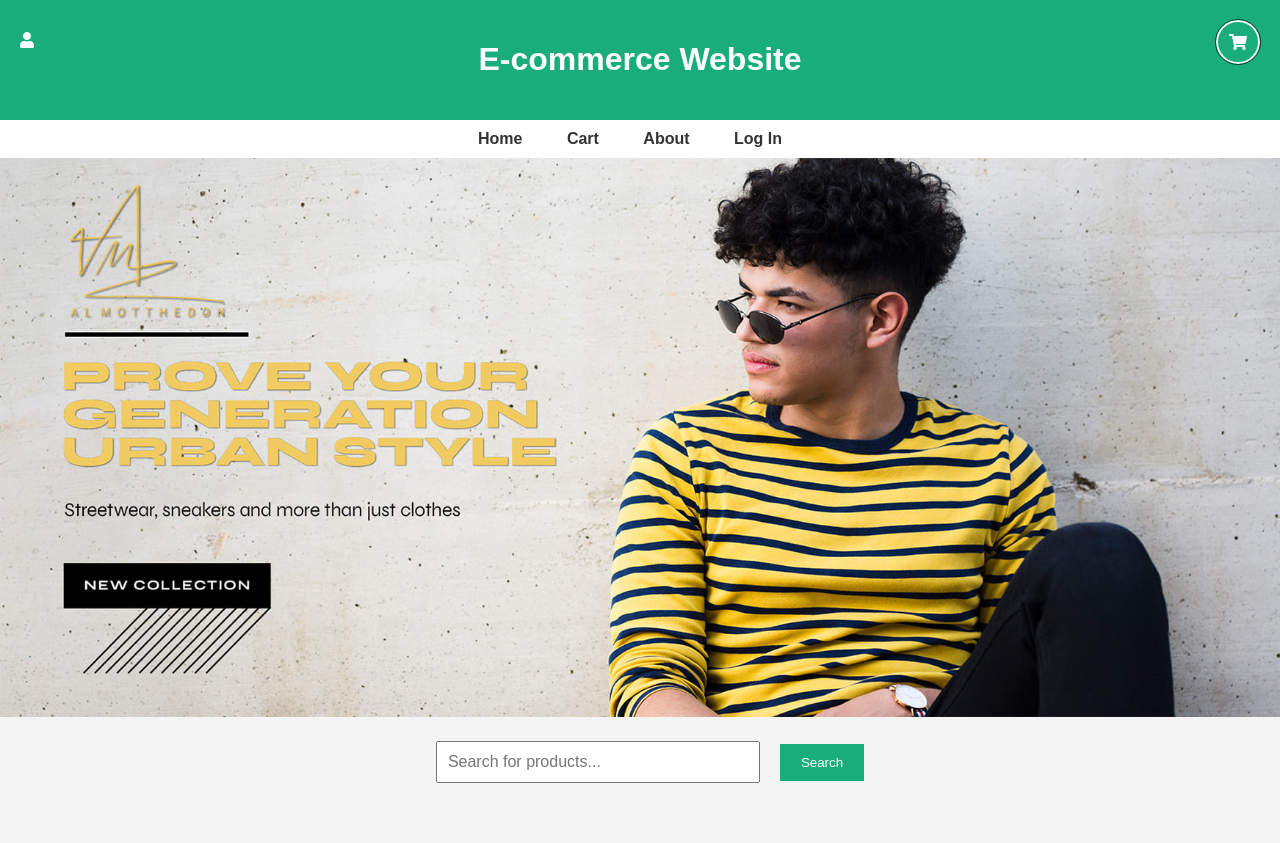
Repository: wissam333/OnlineStore
Page: products.html
The author's editor kept a copy of each file at every save. The page is drawn from the files as they stood at one save, then again after the next save.
The browser window is 1280 px wide. The pictures show the whole page.
The page's requests for data from a server got no answer.

Above is the page before, as saved 2024-08-08 18:27:24.
Console error: TypeError: Cannot read properties of null (reading 'addEventListener')

After the next save:
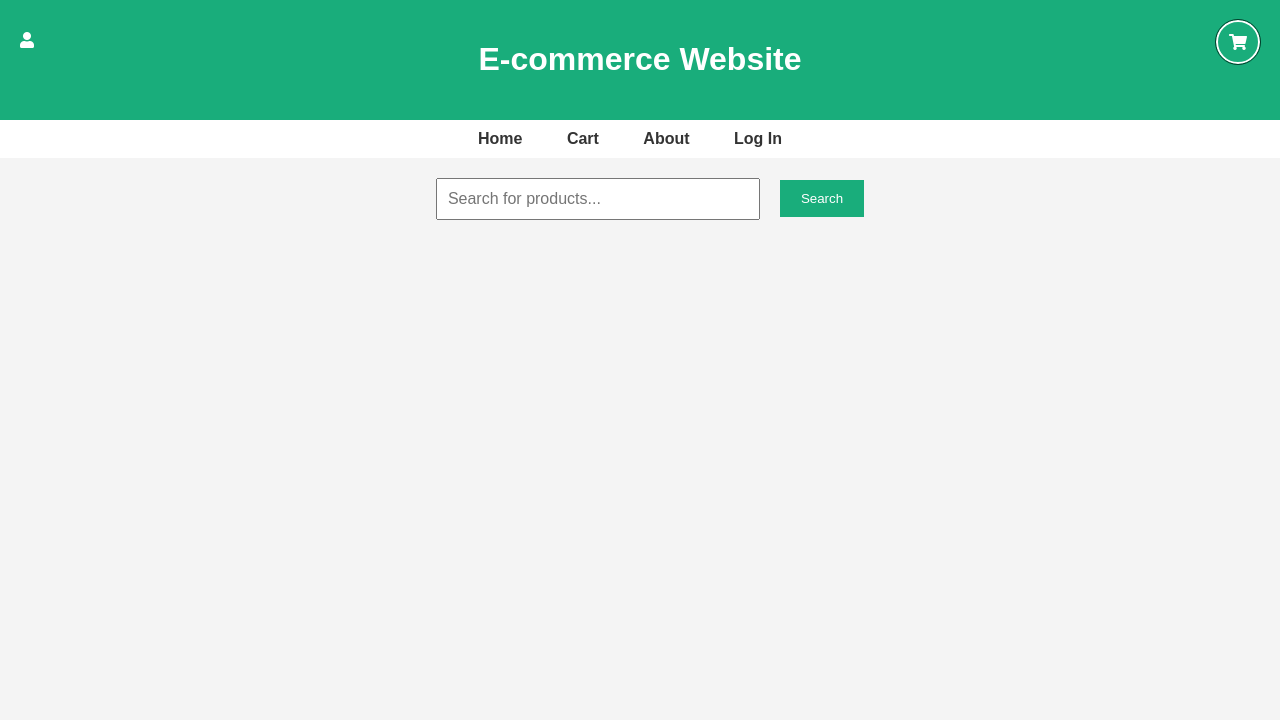
Saved 9 s later.
--- a/products.html
+++ b/products.html
@@ -276,9 +276,9 @@
       </ul>
     </nav>
 
-    <div class="main-image">
+    <!-- <div class="main-image">
       <img src="./assets/Header 1.jpg" alt="Main Image" />
-    </div>
+    </div> -->
 
     <!-- Search field -->
     <div class="search">
